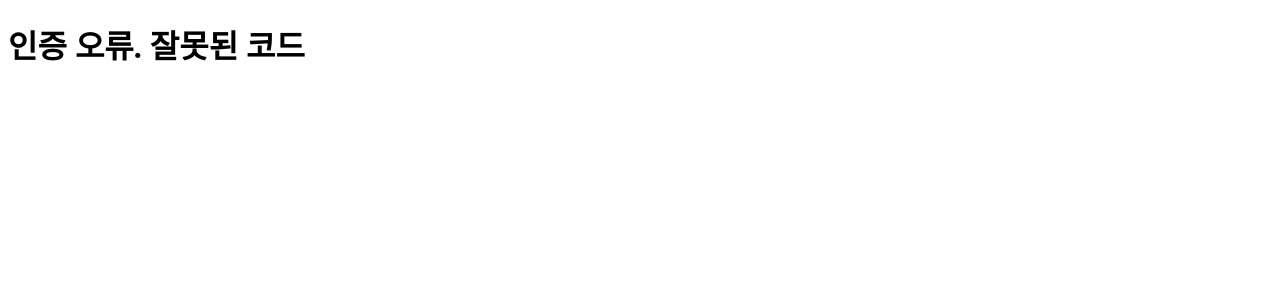
Repository: cwj2306/blog_project_2
Page: http://localhost/blog/gmail/errorPage.jsp
The author's editor kept a copy of each file at every save. The page is drawn from the files as they stood at one save, then again after the next save.
The browser window is 1280 px wide. The pictures show the whole page.
The page is served by Tomcat 9. Nobody is signed in. The application's start-up code is not run. Other server files are loaded and not shown.

Above is the page before, as saved 2019-11-12 08:37:13.

### blog/WebContent/gmail/errorPage.jsp
<%@ page language="java" contentType="text/html; charset=UTF-8"
    pageEncoding="UTF-8"%>
<!DOCTYPE html>
<html>
<head>
	<meta charset="UTF-8">
	<title>Insert title here</title>
</head>
<body>
	<h1>인증 오류. 잘못된 코드</h1>
</body>
</html>

After the next save:
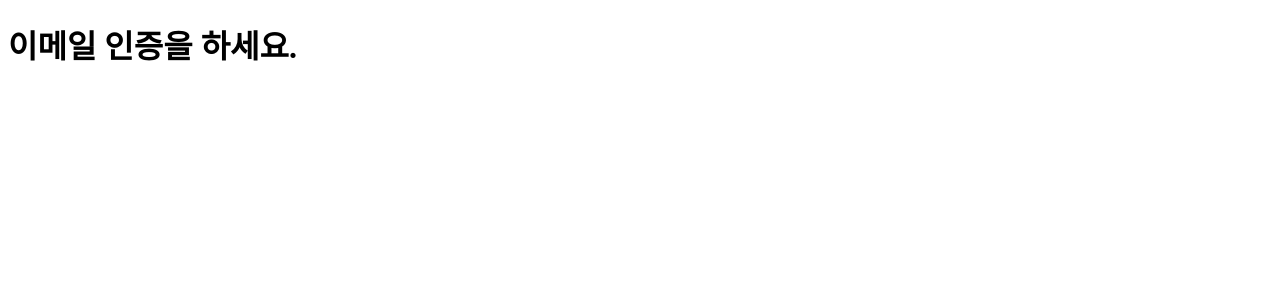
Saved 31 min 57 s later.
--- a/blog/WebContent/gmail/errorPage.jsp
+++ b/blog/WebContent/gmail/errorPage.jsp
@@ -4,9 +4,9 @@
 <html>
 <head>
 	<meta charset="UTF-8">
-	<title>Insert title here</title>
+	<title>이메일 인증 좀 해줘요</title>
 </head>
 <body>
-	<h1>인증 오류. 잘못된 코드</h1>
+	<h1>이메일 인증을 하세요.</h1>
 </body>
 </html>
